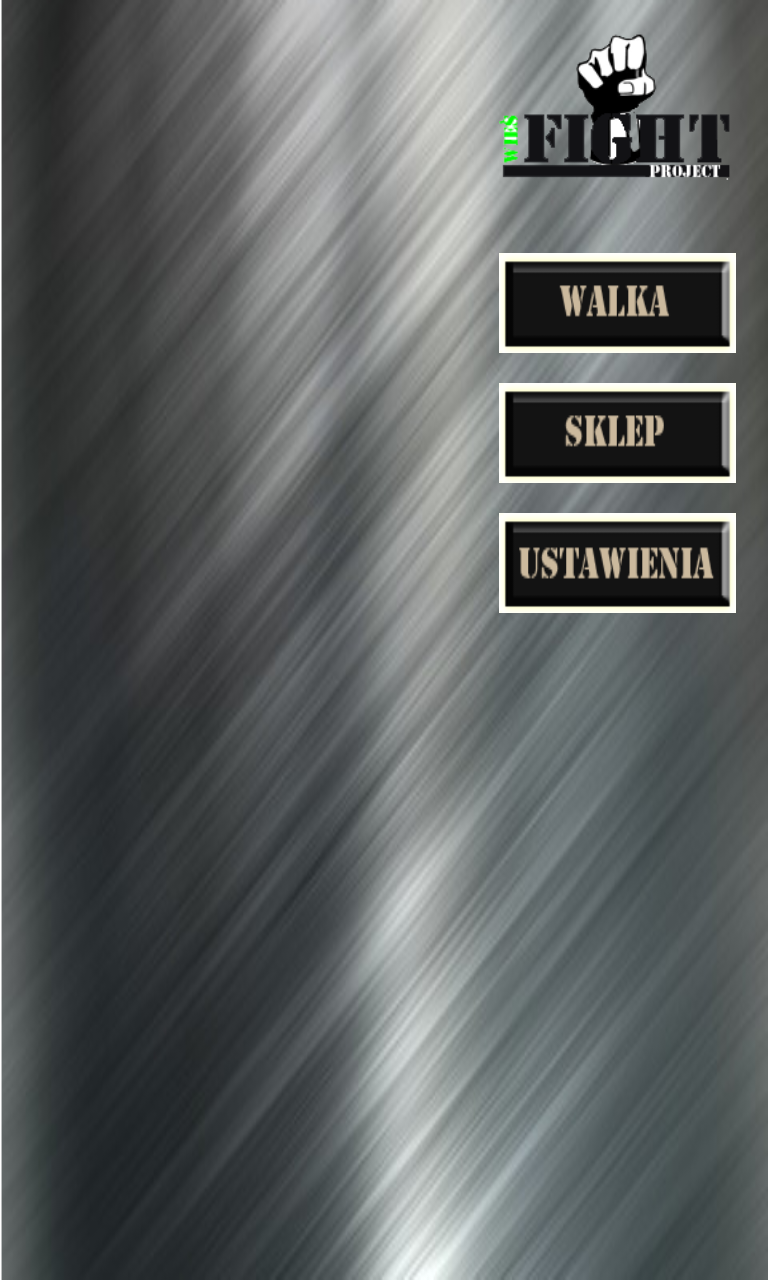
Repository: KrzysztofWolinski/WiesFight_Project
Layout: WiesFight/res/layout/activity_main.xml
These files come from the project's save history. The layout is drawn as it stood at one moment and after the next save; the edit follows.
It is drawn on a 768 x 1280 px phone screen (xhdpi) without system bars, with theme AppTheme; the app's code is not run.

Above is the layout before, as saved 2014-11-04 19:59:38.

After the next save:
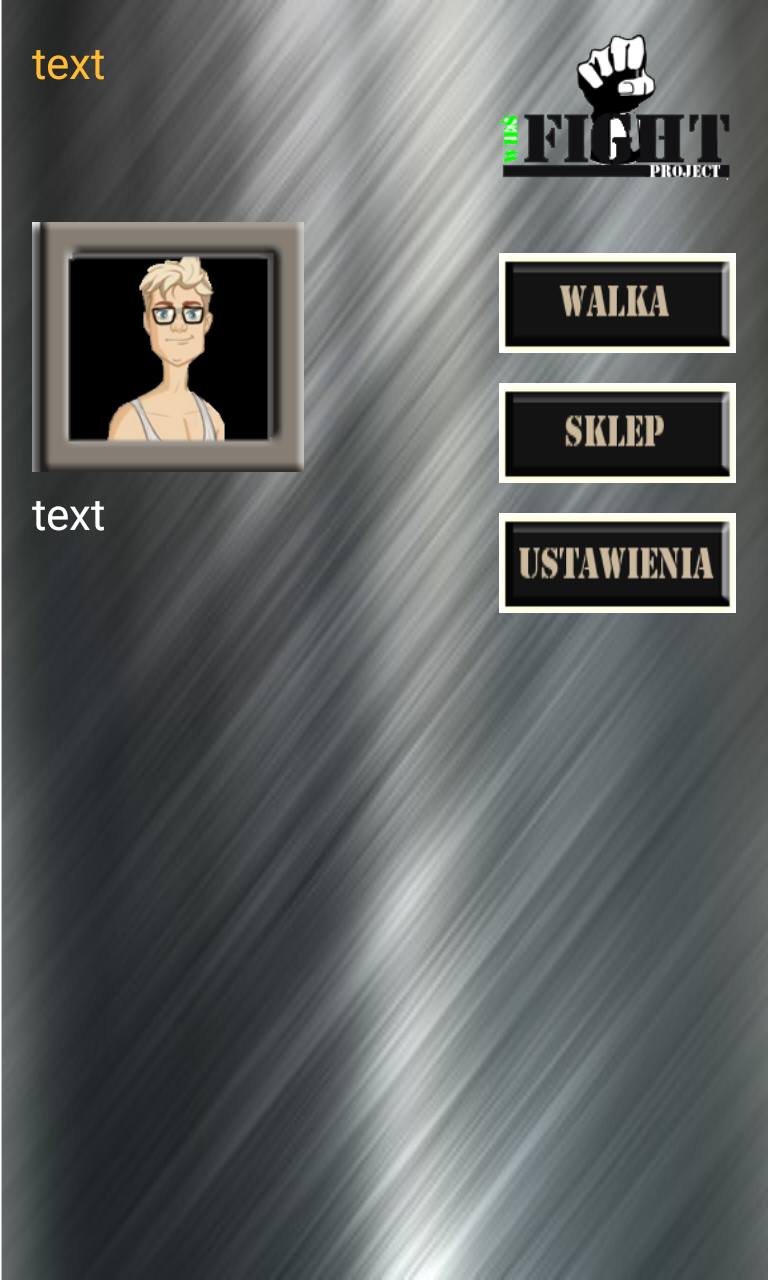
Saved 20 s later.
--- a/WiesFight/res/layout/activity_main.xml
+++ b/WiesFight/res/layout/activity_main.xml
@@ -50,7 +50,10 @@
         android:onClick="goToFight" />
 
     <LinearLayout
-        android:orientation="horizontal" >
+        android:layout_width="wrap_content"
+        android:layout_height="wrap_content"
+        android:orientation="vertical" >
+
     <TextView
         android:id="@+id/lblCoins"
         android:layout_width="wrap_content"
